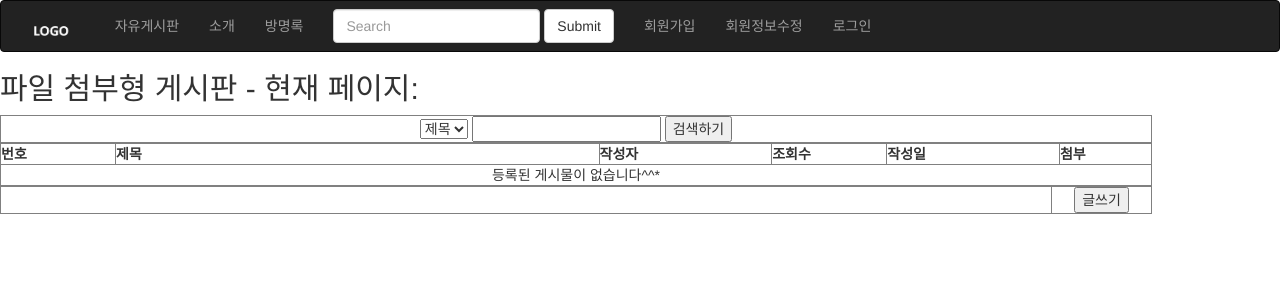
Repository: bhj305/JSP_Bulletin_Board
Page: http://localhost/BulletinBoard/14MVCBoard/List.jsp
These files come from the project's save history. The page is drawn as it stood at one moment and after the next save; the edit follows.
The browser window is 1280 px wide. The pictures show the whole page.
The page is served by Tomcat 10. Other server files are loaded and not shown. The template is opened directly, without the code that normally fills it, so the values that code supplies are empty.

Above is the page before, as saved 2025-05-17 03:42:44.

### BulletinBoard/src/main/webapp/14MVCBoard/List.jsp
<%@ page language="java" contentType="text/html; charset=UTF-8"
    pageEncoding="UTF-8"%>
<%@ taglib prefix="c" uri="jakarta.tags.core" %>

<!DOCTYPE html>
<html>
	<head>
		<meta charset="UTF-8">
		<title>자유게시판</title>
		<style> a{text-decoration: none;}</style>
	</head>
	<body>
		<jsp:include page="../Common/Link.jsp"></jsp:include>
		<h2>파일 첨부형 게시판 - 현재 페이지: ${ map.pageNum }</h2>
		<form method="get">  <!-- 액션 값을 정하지 않았으므로 현재페이지로 전송됨. -->
	    <table border="1" width="90%">
	    <tr>
	        <td align="center">
	            <select name="searchField">
	                <option value="title">제목</option>
	                <option value="content">내용</option>
	            </select>
	            <input type="text" name="searchWord" />
	            <input type="submit" value="검색하기" />
	        </td>
	    </tr>
	    </table>
	    </form>

	    <table border="1" width="90%">
	        <tr>
	            <th width="10%">번호</th>
	            <th width="*">제목</th>
	            <th width="15%">작성자</th>
	            <th width="10%">조회수</th>
	            <th width="15%">작성일</th>
	            <th width="8%">첨부</th>
	        </tr>

       <c:choose>
	       	<c:when test="${ empty boardLists }">
	       		<tr>
		            <td colspan="6" align="center">
		                등록된 게시물이 없습니다^^*
		            </td>
		        </tr>
	       	</c:when>
	       	<c:otherwise>
	       		<c:forEach items = "${ boardLists }" var="row" varStatus="loop">
	       		<tr align="center">
		            <td>
		            <!-- 전체 게시물갯수 - (((페이지번호-1) * 페이지당 게시물수) + 해당루프의 index) -->
		            	${ map.totalCount - (( (map.pageNum - 1) * map.pageSize) + loop.index)}
		            </td>
		            <td align="left">
		             <!-- 제목을 누르면  View.jsp로 넘어가는데 이때, num을 url로 보낸다-->
		                <a href="../mvcboard/view.do?idx=${ row.idx }"> ${ row.title }</a>
		            </td>
		            <td> ${ row.name }</td>
		            <td> ${ row.visitcount }</td>
		            <td> ${ row.postdate }</td>
		            <td>
		            <c:if test="${ not empty row.ofile }">
		            	<a href="../mvcboard/download.do?ofile=${ row.ofile }&sfile=${ row.sfile}&idx=${row.idx}">
		            	[Down]</a>
		            </c:if>
		            </td>
		        </tr>
	       		</c:forEach>
	       	</c:otherwise>
       </c:choose>
	    </table>
	    <!-- 하단 메뉴(바로가기, 글쓰기) -->
	    <table border="1" width="90%">
	        <tr align="center">
	        	<td>
	        		${ map.pagingImg }
	        	</td>
	            <td width="100"><button type="button" onclick="location.href='../mvcboard/write.do';">글쓰기</button></td>
	        </tr>
	    </table>

	</body>
</html>

### BulletinBoard/src/main/webapp/Common/Link.jsp
<%@ page language="java" contentType="text/html; charset=UTF-8"
    pageEncoding="UTF-8"%>
<!DOCTYPE html>
<html>
	<head>
		<meta charset="UTF-8">
		<title>메인페이지</title>
	<!-- bootstrap  -->
	<link rel="stylesheet" href="https://maxcdn.bootstrapcdn.com/bootstrap/3.4.1/css/bootstrap.min.css">
	      <script src="https://ajax.googleapis.com/ajax/libs/jquery/3.7.1/jquery.min.js"></script>
	      <script src="https://maxcdn.bootstrapcdn.com/bootstrap/3.4.1/js/bootstrap.min.js"></script>
	      <link rel="stylesheet" href="https://cdnjs.cloudflare.com/ajax/libs/font-awesome/4.7.0/css/font-awesome.min.css">
	</head>
	<body>
		<nav class="navbar navbar-inverse">
            <div class="navbar-header">
                <a class="navbar-brand" href="#">
                  <img src="../images/logo.png" alt="" style="height: 30px;">
                </a>
            </div>
            <div class="container">
                <div class="btn-group">
                    <ul class="nav navbar-nav">
                        <li><a href="../mvcboard/list.do">자유게시판</a></li>

                        <li class="nav-item dropdown">
                            <a class="nav-link dropdown-toggle" href="#" id="navbarDropdownMenuLink" data-toggle="dropdown" aria-haspopup="true" aria-expanded="false">
                            소개
                            </a>
                        <div class="dropdown-menu" aria-labelledby="navbarDropdownMenuLink">
                        <a class="dropdown-item" href="#">인사말</a><br/>
                        <a class="dropdown-item" href="#">강사소개</a><br/>
                        <a class="dropdown-item" href="#">찾아오시는길</a><br/>
                        </div>
                        </li>

                        <li><a href="#">방명록</a></li>

                        <form class="navbar-form navbar-left" action="#">
                            <div class="form-group">
                            <input type="text" class="form-control" placeholder="Search" name="search">
                            </div>
                            <button type="submit" class="btn btn-default">Submit</button>
                        </form>
                        <li >
                        <% if(session.getAttribute("UserId") == null) {%>
                            <a href="../00Board/SignUp.jsp">회원가입</a>
                            <% } %>
                        </li>
                        <li><a href="#">
                            회원정보수정</a></li>
                        <li>
                        <% if (session.getAttribute("UserId") == null) { %>
                            <a href="../00Board/LoginForm.jsp">로그인</a>
                        <% } else { %>
                            <a href="../00Board/Logout.jsp">로그아웃</a>
                            <li>
                            <a href="../00Board/MyPage.jsp">마이페이지</a>
                            </li>
                        <% } %>
                        </li>
                    </ul>
                </div>
            </div>
        </nav>
	</body>
</html>

After the next save:
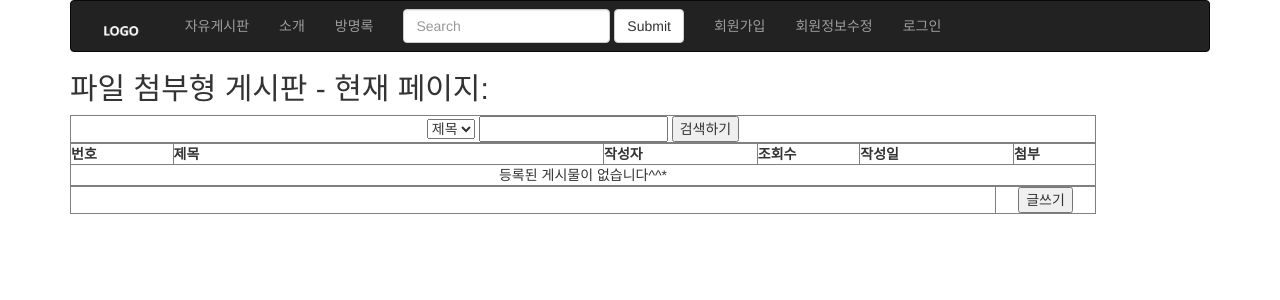
Saved 24 s later.
--- a/BulletinBoard/src/main/webapp/14MVCBoard/List.jsp
+++ b/BulletinBoard/src/main/webapp/14MVCBoard/List.jsp
@@ -10,6 +10,7 @@
 		<style> a{text-decoration: none;}</style>
 	</head>
 	<body>
+		<div class="container"
 		<jsp:include page="../Common/Link.jsp"></jsp:include>
 		<h2>파일 첨부형 게시판 - 현재 페이지: ${ map.pageNum }</h2>
 		<form method="get">  <!-- 액션 값을 정하지 않았으므로 현재페이지로 전송됨. -->
